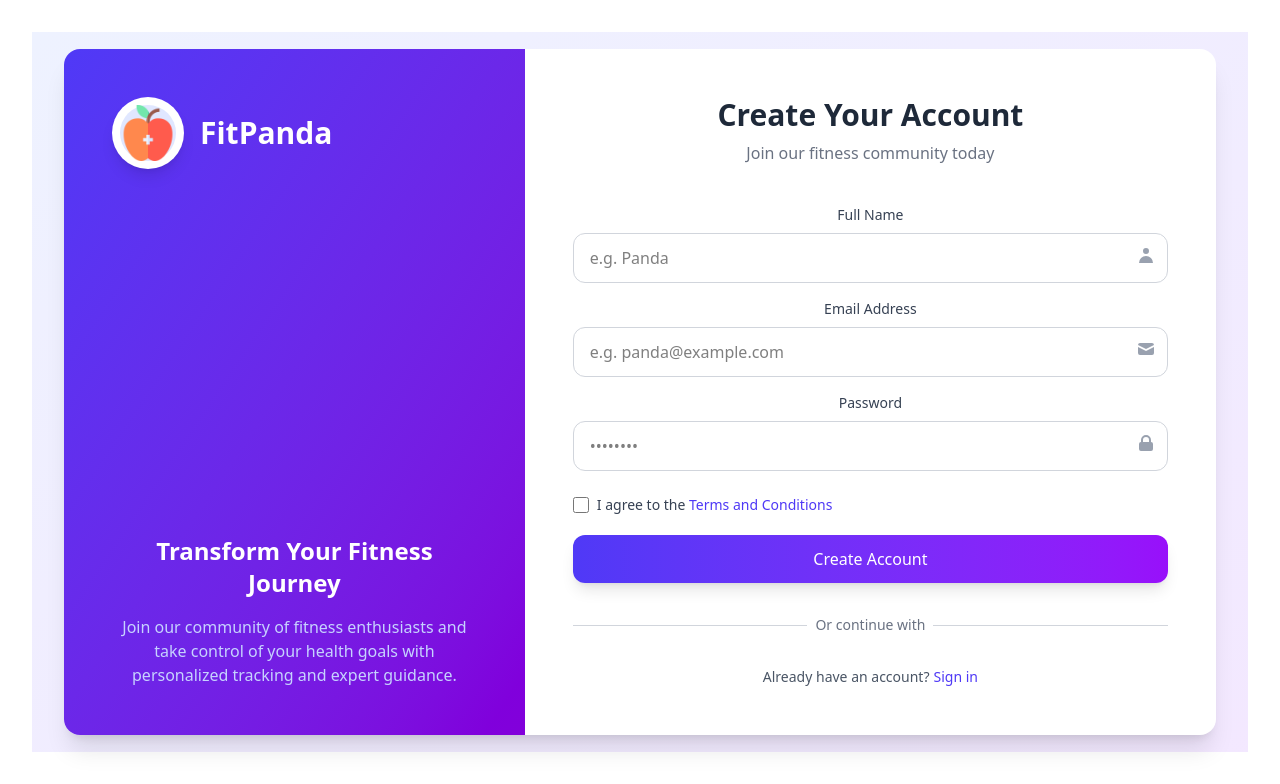
Repository: aryan151pratap/FitPanda
Page: / (app in frontened/)
These files come from the project's save history. The page is drawn as it stood at one moment and after the next save; the edit follows.
The browser window is 1280 px wide. The pictures show the whole page.
The project was rebuilt for these pictures with package versions that can differ from the ones it lists, and the page was loaded fresh each time. Also part of the build but not shown: frontened/vite.config.js, frontened/src/components/page_1.jsx, frontened/src/login/otp.jsx.

Above is the page before, as saved 2025-06-04 01:32:06.

After the next save:
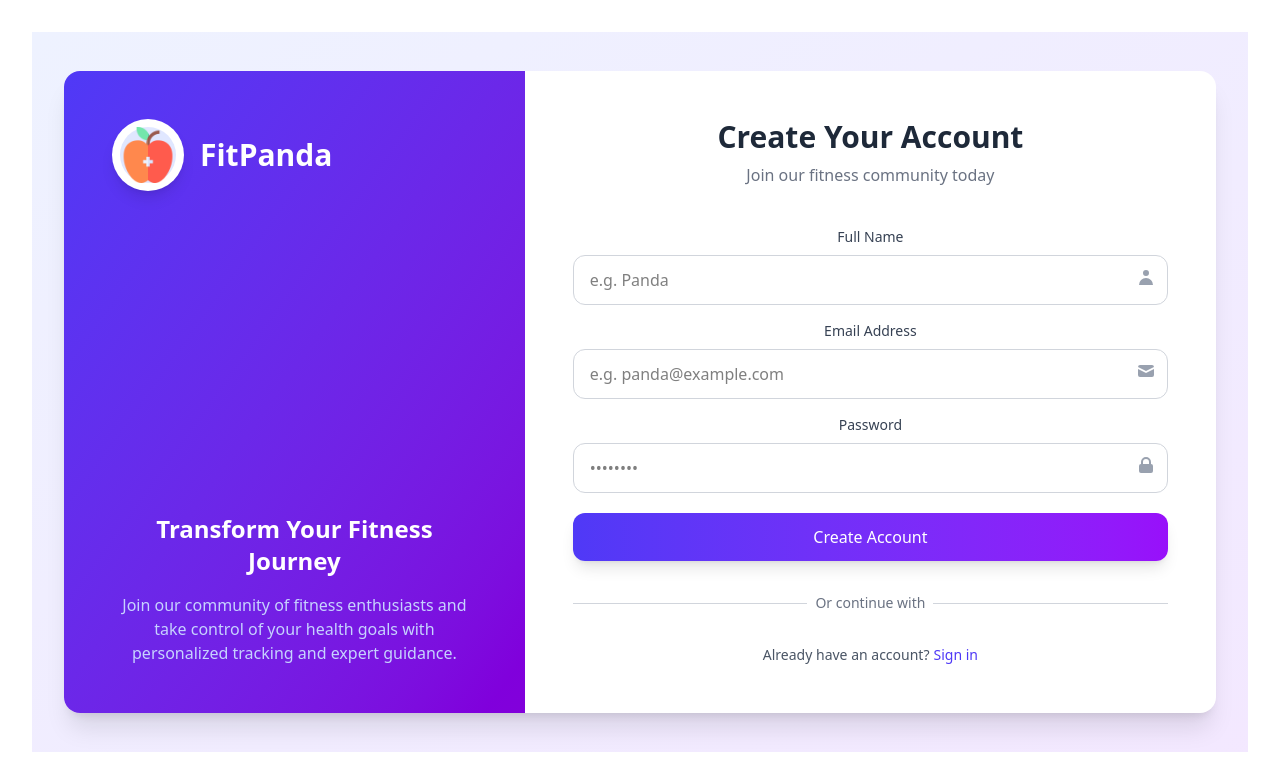
Saved 18 s later.
--- a/frontened/src/login/sign_up.jsx
+++ b/frontened/src/login/sign_up.jsx
@@ -138,16 +138,7 @@ function Sign_up({ setOtp }) {
 
               </div>
 
-              <div className="flex items-center">
-                <input
-                  id="terms"
-                  type="checkbox"
-                  className="h-4 w-4 text-indigo-600 focus:ring-indigo-500 border-gray-300 rounded"
-                />
-                <label htmlFor="terms" className="ml-2 block text-sm text-gray-700">
-                  I agree to the <a href="#" className="text-indigo-600 hover:underline">Terms and Conditions</a>
-                </label>
-              </div>
+
 
             </form>
 			<div className='mt-5'>
